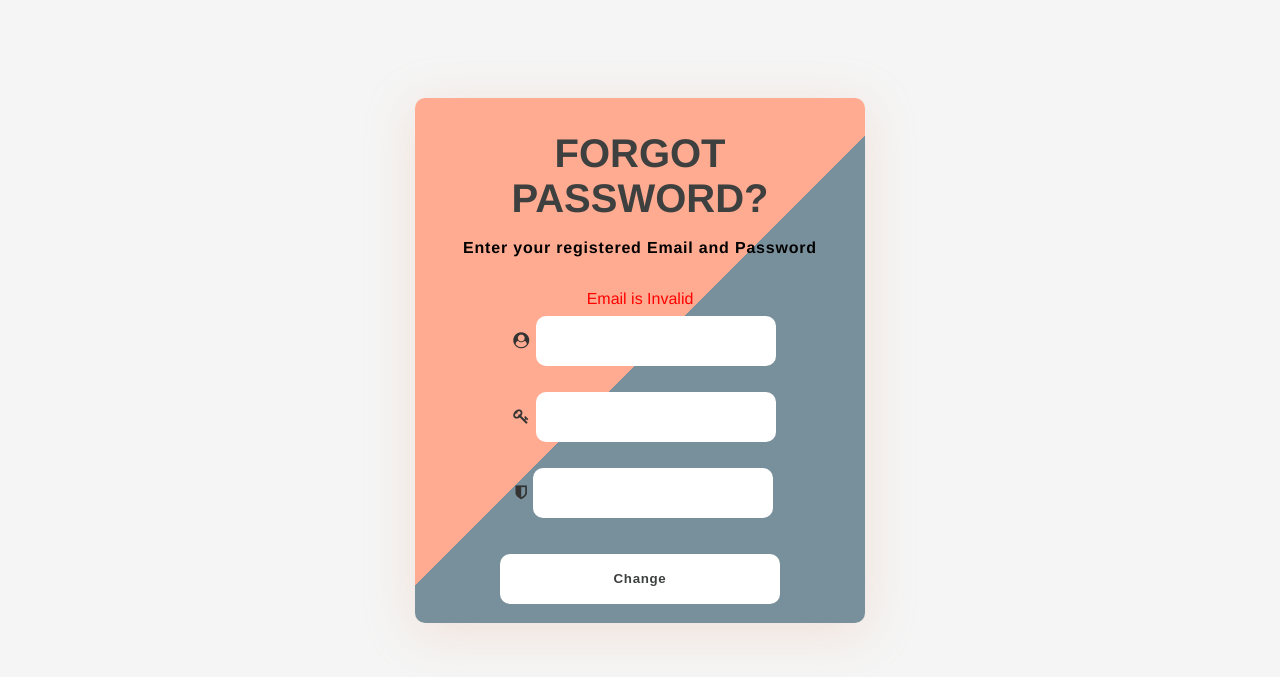
Repository: DhanushPrabha22/Zoho-Mini-Project
Page: http://localhost/ToDo_List/forgotpwd.do
An editor plug-in stored every save of this project. The page is shown before and after the next save, followed by the edit.
The browser window is 1280 px wide. The pictures show the whole page.
Some web libraries are served in a nearby version. The page is served by Tomcat 9.

Above is the page before, as saved 2021-03-17 07:14:45.

After the next save:
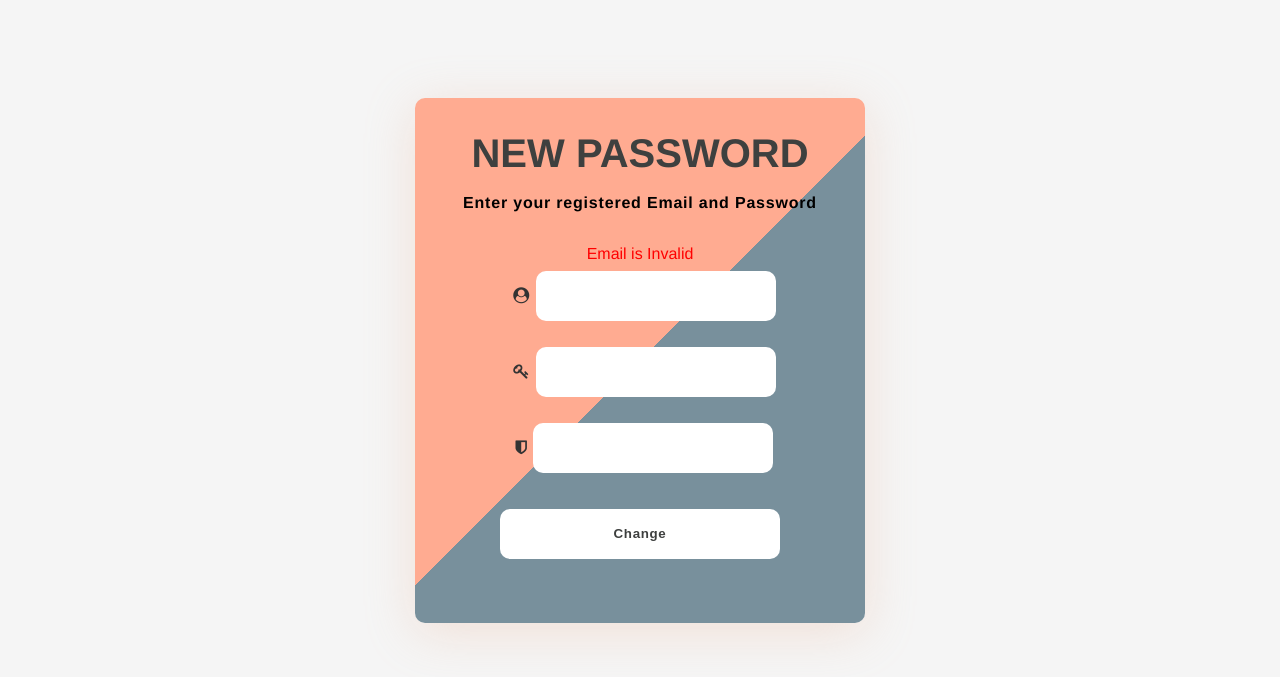
Saved 30 s later.
--- a/Todo Eclipse/ToDo_List/WebContent/forgotPwd.jsp
+++ b/Todo Eclipse/ToDo_List/WebContent/forgotPwd.jsp
@@ -25,7 +25,7 @@ Created By Dhanush L
 		<div class="con">
 			<!--     Start  header Content  -->
 			<header class="head-form">
-				<h2>FORGOT PASSWORD?</h2>
+				<h2>NEW PASSWORD</h2>
 				<!--     A welcome message or an explanation of the login form -->
 				<br>
 				<p><b>Enter your registered Email and Password</b></p>
